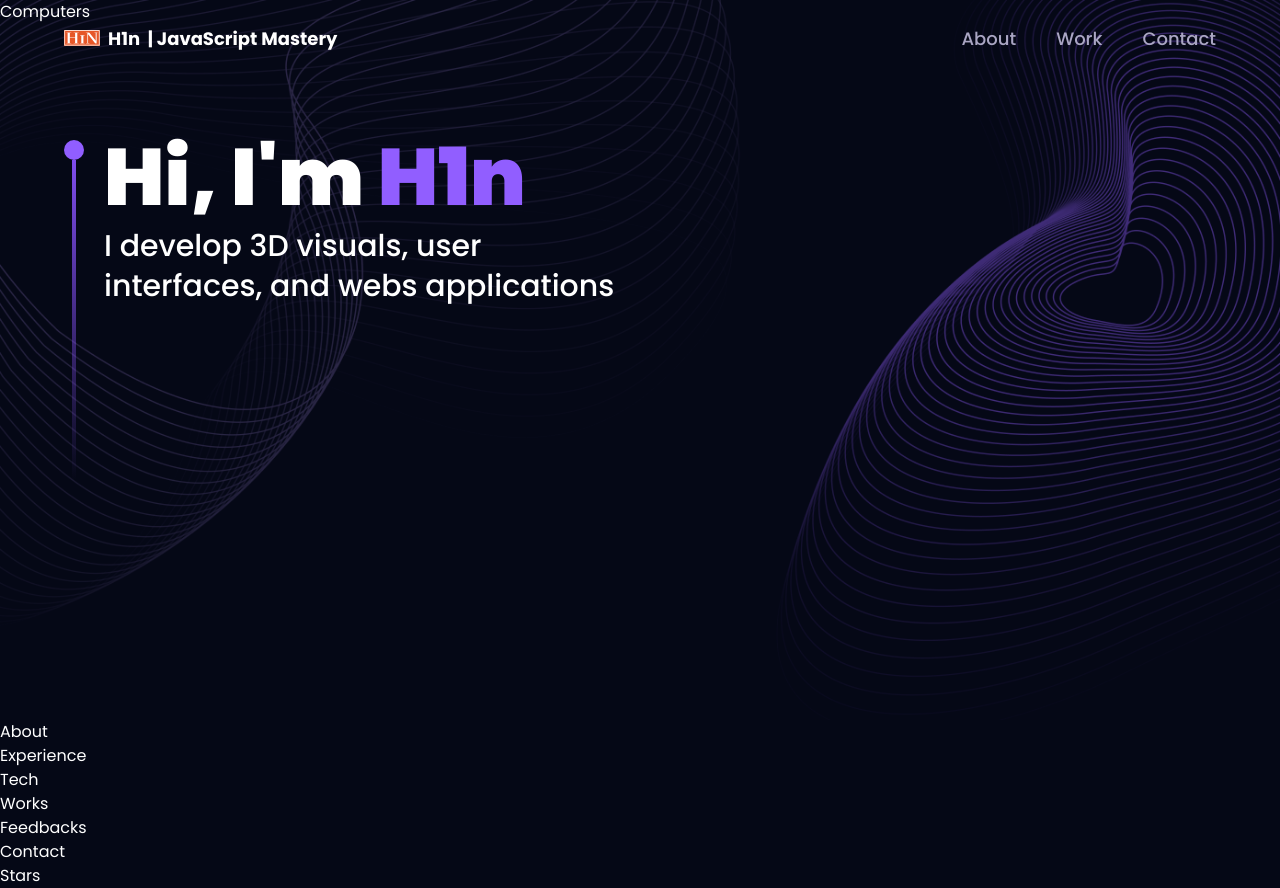
Repository: truonghuynhquy/3D_Portfolio
Page: /
An editor plug-in stored every save of this project. The page is shown before and after the next save, followed by the edit.
The browser window is 1280 px wide. The pictures show the whole page.
The project was rebuilt for these pictures with package versions that can differ from the ones it lists, and the page was loaded fresh each time. Also part of the build but not shown: vite.config.js, src/components/canvas/Earth.jsx, src/components/canvas/Ball.jsx. Imported but missing from the stored project, and not drawn on this page: src/components/hoc, src/components/styles, src/components/utils/motion.

Above is the page before, as saved 2023-04-09 00:59:08.

After the next save:
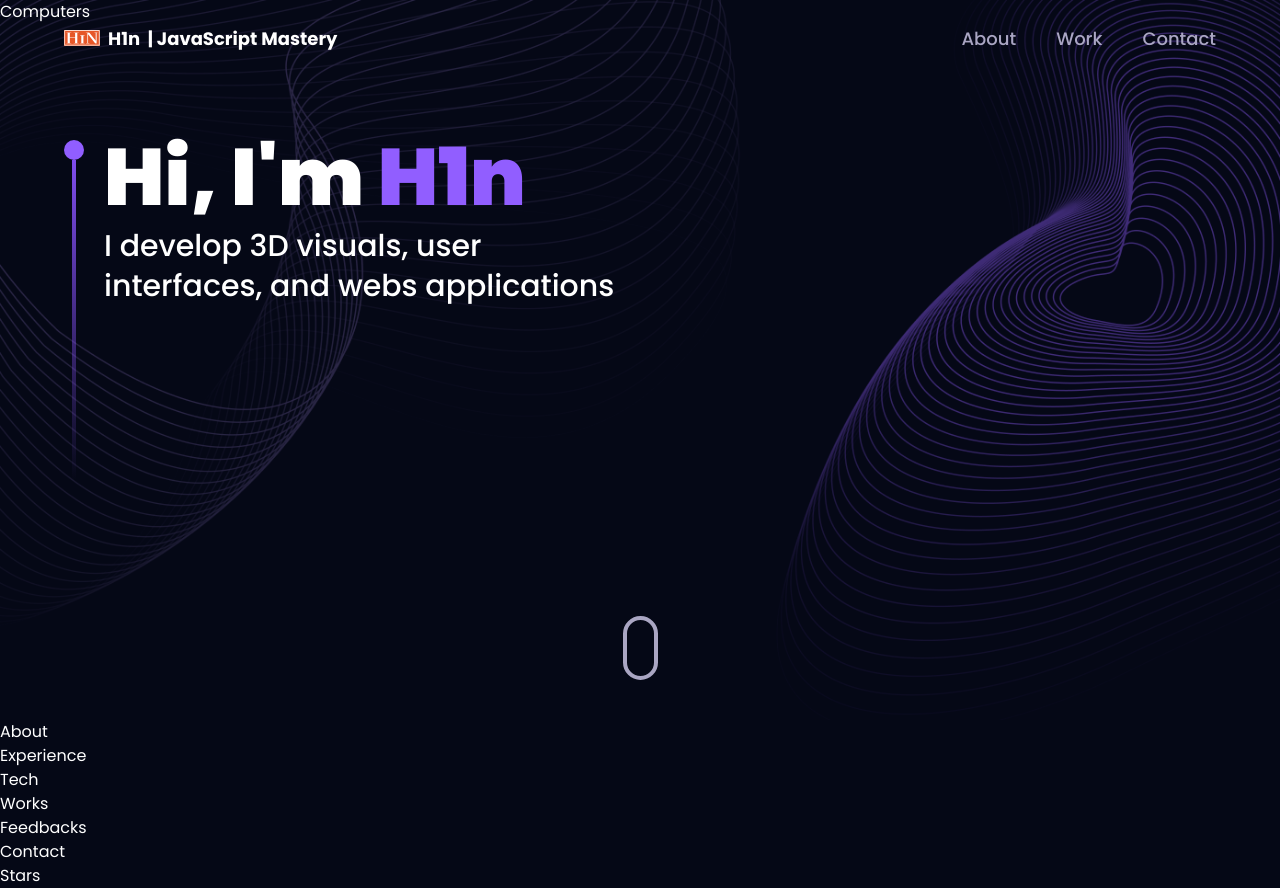
Saved 3 min 59 s later.
--- a/src/components/Hero.jsx
+++ b/src/components/Hero.jsx
@@ -27,6 +27,12 @@
             </div>
 
             <ComputersCanvas />
+
+            <div className="absolute xs:bottom-10 bottom-32 w-full flex justify-center items-center">
+                <a href="#about">
+                    <div className="w-[35px] h-[64px] rounded-3xl border-4 border-secondary flex justify-center items-start p-2"></div>
+                </a>
+            </div>
         </section>
     );
 };
